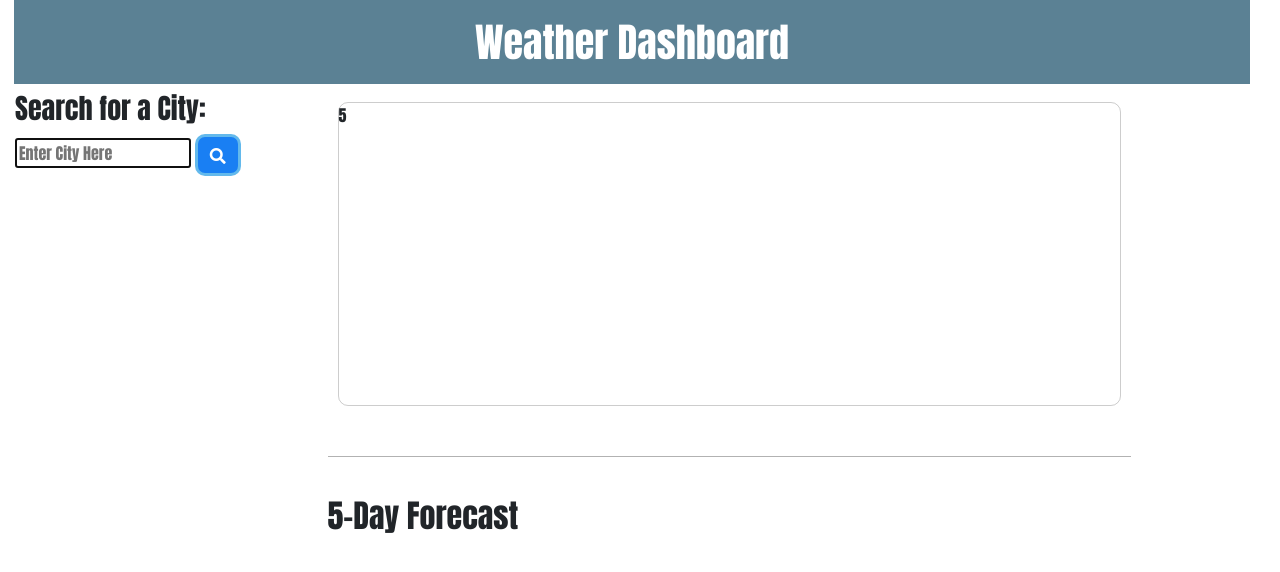
Repository: KHudaKoz/Weather-dashboard
Page: index.html
These files come from the project's save history. The page is drawn as it stood at one moment and after the next save; the edit follows.
The browser window is 1280 px wide. The pictures show the whole page.
Some web libraries are served in a nearby version.

Above is the page before, as saved 2021-01-29 18:52:22.

### index.html
<!DOCTYPE html>
<html lang="en">

<head>
    <meta charset="UTF-8">
    <meta name="viewport" content="width=device-width, initial-scale=1.0">
    <!-- external stylesheets start -->
    <link rel="stylesheet" href="https://stackpath.bootstrapcdn.com/bootstrap/4.3.1/css/bootstrap.min.css" />
    <link rel="stylesheet" href="https://use.fontawesome.com/releases/v5.8.1/css/all.css"
        integrity="sha384-50oBUHEmvpQ+1lW4y57PTFmhCaXp0ML5d60M1M7uH2+nqUivzIebhndOJK28anvf" crossorigin="anonymous" />
    <link href="https://fonts.googleapis.com/css?family=Open+Sans&display=swap" rel="stylesheet" />
    <!-- external stylesheets end -->
    <!-- local stylesheets start -->
    <link rel="stylesheet" href="assets\css\style.css" />
    <!-- local stylesheets end -->
    <title>Weather Dashboard</title>

</head>

<body class="flex-column min-100-vh">
    <header class="hero">
        <h1 class="dashboard-title">Weather Dashboard</h1>
    </header>

    <main class="container">
        <div class="row">
            <div class="col col-md-3">
                <div class="card">
                    <h3 class="search-header">Search for a City:</h3>
                    <div id="search-form" class="search">
                        <input id="citySearch" class="city-search-input" type="text" autofocus="true" autocomplete="off"
                            placeholder="Enter City Here" />
                        <button onclick="myFunction()" id="search-button" class="btn searchBtn"><i
                                class="fas fa-search"></i></button>
                    </div>
                </div>
                <!-- HISTORY SEARCH LIST -->
                <div class="card"></div>
                <div id="select-city" class="city-selected">
                    <section id="button"> </section>

                    <!-- list section to display city search history for user recall -->
                    <div id="history-area" class="history list">
                    </div>
                </div>
            </div>
               <div class="col col-md-8">
            <div class="current-weather-container">
                <div id="current-weather">5</div>
                <div id="uv-display-styles"></div>
            </div>
            <br>
            <hr>
            <br>
            <h2>5-Day Forecast</h2>
            <div id="5day" class="row">

            </div>
        </div>
        </div>

    </main>
    <script src="https://code.jquery.com/jquery-3.5.1.min.js"></script>
    <script src="https://cdnjs.cloudflare.com/ajax/libs/moment.js/2.24.0/moment.min.js"></script>
    <script src="assets\js\script.js"></script>
</body>

</html>

### assets/css/style.css
:root {
    --primary-color: #5b8194;
    --secondary-color: #ffffff;
    --tertiary-color: #3b5475a6;
  }
*{
    box-sizing: border-box;
    font-family:Impact, Haettenschweiler, 'Arial Narrow Bold', sans-serif;
}


/* start of css */
.dashboard-title {
    background-color: var(--primary-color);
    color: white;
    text-align: center;
    padding: 18px;
    font-weight: lighter;
    margin-right: 30px;
    margin-left: 14px;

}
.container {
    display: flex;
    justify-content: space-between;
    max-width: 100%;
}
.col-sm-8 {
    padding-top: 10px;
}
.row {
    width: 100%;
}
.current-weather-container {
    display: flex;
    height: 19rem;
    border: 1px solid rgba(7, 7, 7, 0.2);
    border-radius: 10px;
    margin: 10px;
}

.search-box{
    border: none;
}
.card {
    border: none;
}

.card-header {
    padding: 5px 0px 5px 0px;
    border-bottom: none;
    font-size: 25px;
}

.btn {
    border: 1px solid var(--primary-color);
}
.searchBtn {
    background: rgb(25, 127, 243);
    color: white;
    border: 3px solid rgba(115, 197, 235, 0.829);
    border-radius: 10px;
}

hr {
    border-top: 1px solid black;
    opacity: 0.3;
}

#button {
    display: flex;
    flex-flow: column;
    max-width: 60%;
    background-color: rgba(7, 7, 7, 0.8);
}

### assets/js/script.js

//START OF GLOBAL VAR'S

//STORAGE ARRAY FOR SETTING and GETTING.
var cityHistory = []

//SET VAR SET CITYHISTORY STORAGE UNIVERSAL VARIBLE
var memorySet = function () {
    localStorage.setItem("cityHistory", JSON.stringify(cityHistory))
}


//SET VAR MY CITY RETRIEVE
var memoryLoad = function () {
    cityHistory = JSON.parse(localStorage.getItem("cityHistory")) || [];

}

//FUNCTION FOR EVENT HANDLER LOCATED IN HTML

function myFunction() {

    let citySearch = document.querySelector('#citySearch').value;

    // BEGINNING OF API
    fetch(
        'http://api.openweathermap.org/data/2.5/weather?q=' + citySearch + '&units=Imperial&appid=80537c5878d1c4c5e4b0fb4912dedc85'
    )
        //PROMISE ONE HANDLING DATA RESPONSE
        .then(function (response) {
            return response.json();
        })
        //PROM TWO WORKING WITH DATA RECEIVED
        .then(function (data) {
            //VAR RETRIEVE

            var cityList = data.name;
            if (!data.name) {
                return;
            }
            //PREPPING FOR MEMORY STORAGE WITH VAR DUPLICATE BOLEAN STATEMENT T/F
            var duplicate = false;
            for (let i = 0; i < cityHistory.length; i++) {
                const element = cityHistory[i];

                if (element == cityList) {
                    duplicate = true;
                }

                console.log(cityList);
            }
            if (!duplicate) {
                cityHistory.push(cityList);
                // SET TO STORGE WITH CITYLIST
                memorySet()
            }

            fetch('http://api.openweathermap.org/data/2.5/uvi?lat=' + data.coord.lat + '&lon=' + data.coord.lon + '&units=imperial&appid=80537c5878d1c4c5e4b0fb4912dedc85')

                .then(function (responseUv) {
                    return responseUv.json();
                })

                .then(function (dateUv) {
                    var dateRape = dateUv.value;
                    console.log(dateRape);


                    // ADD VARS FOR DYNAMIC FOR MAIN TEMP
                    $("#current-weather").empty();
                    var mainDate = moment().format('L');
                    var cityNameEl = $("<h2>").text(data.name);
                    var dateDisplay = cityNameEl.append(" " + mainDate);
                    var tempEL = $("<p>").text("Tempature:" + data.main.temp);
                    var humEl = $("<p>").text("Humidity:" + data.main.humidity);
                    var windEl = $("<p>").text("Wind Speed:" + data.wind.speed);
                    var UvEl = $("<p>").text('UV:' + dateRape);

                    // APPEND DYNAMIC MAIN TEMP
                    var newDiv = $('<div>');
                    newDiv.append(dateDisplay, tempEL, humEl, windEl, UvEl);
                    $("#current-weather").html(newDiv);

                    function add() {
                        var element = document.createElement("button");
                        element.textContent = cityList;
                        element.setAttribute('value', cityList),
                            document.getElementById('button').appendChild(element);
                    }
                    add();
                });
        })
    //

}



    // LOAD ON READY


   // var currentweather = data.weather[0].main;
// Create Functions for button

//function () {city


// fetch (
//      'http://api.openweathermap.org/data/2.5/uvi?lat=' + data.coord.lat + '&lon=' + data.coord.lon + '&units=imperial&appid=80537c5878d1c4c5e4b0fb4912dedc8')

//    .then (function(response) {
//     return response.json();
//    })

//    .then(function(dataUV) {

//    var data = data.value;
//    if(data.vaule >=0 ,2) {

//    }

//     console.log (value)

//    });

//    docume

//    if(!duplicate){
//     // storage.push(cityName);
//     // save();
//     // var city=document.createElement('li');
//     // city.setAttribute("class","list-group-item");
//     // city.setAttribute("value",cityName);
//     // city.textContent=cityName;
//     // listGroup.appendChild(city);

//     // listGroup.innerHTML="";
//     // for (let i = 0; i < memory.length; i++) {
//     // storage.push(memory[i])
//     // var city=document.createElement('li');
//     // city.setAttribute("class","list-group-item");
//     // city.setAttribute("value",memory[i]);
//     // city.textContent=memory[i];
//     // listGroup.appendChild(city);

//we need a var which is as function to retrive input from search term.

//var searchTerm =function () { var searchTerm = document.querySelector('#search-button').value };

//begin the fetch
    //step one we need to fetch the data (Fetch is the call){
        // 'url' + searchTerm + :='api key'
            // promise 1 which orignizing incomming
                // .then function (current-weather) {
                //return current-weather.json();
            // promise 2 which loads the data
                // .then function (current-weather) {
               //console.log(current-weather.data[0]);
//nested fetch for 5 day 3hr forcaste begins
    // 'url' + searchTerm + :='api key'
            // promise 1 which orignizing incomming
                // .then function (fiveday) {
                //return fiveday.json();
            // promise 2 which loads the data
                // .then function (fiveday) {
               //console.log(fiveday.data[0]);

    // to git appropreate response to the correct ontainer
           // var the correcto element name = documents.querySelector ('#idname", "3")
           // create functino of the storage and recall.


//going to need a var for conversion of timiture.
//going to meed a for loop for uv ray indexed
//going to need append icons with loop

After the next save:
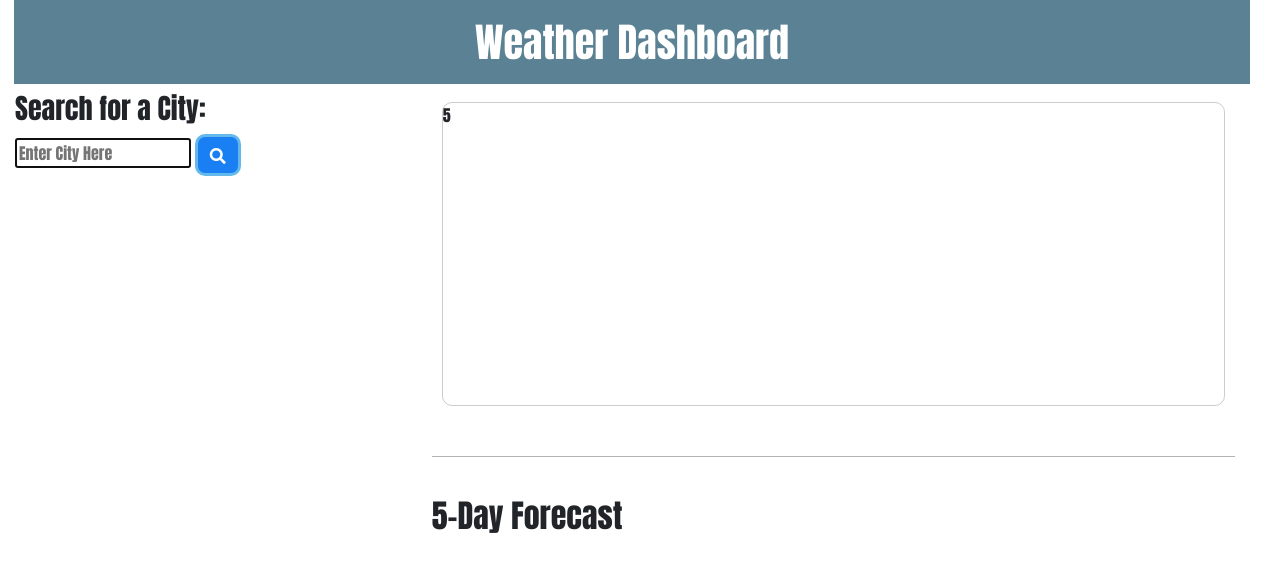
Saved 19 s later.
--- a/index.html
+++ b/index.html
@@ -24,7 +24,7 @@
 
     <main class="container">
         <div class="row">
-            <div class="col col-md-3">
+            <div class="col col-md-4">
                 <div class="card">
                     <h3 class="search-header">Search for a City:</h3>
                     <div id="search-form" class="search">
